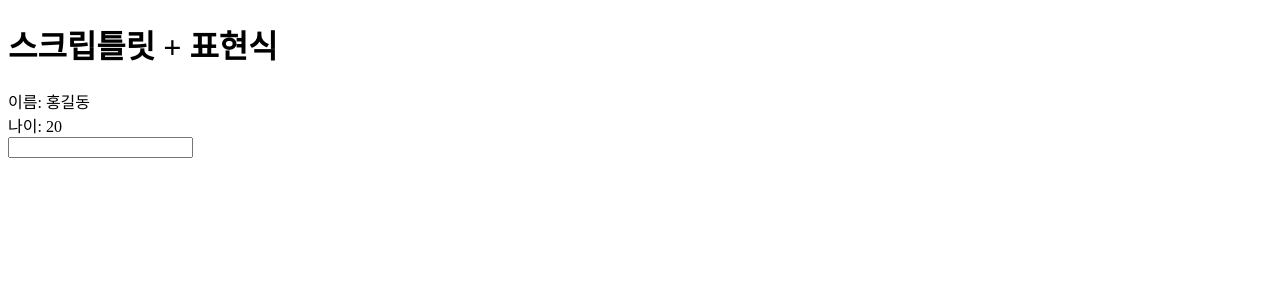
Repository: eeunha/server
Page: http://localhost/JSPTest/ex05.jsp
The author's editor kept a copy of each file at every save. The page is drawn from the files as they stood at one save, then again after the next save.
The browser window is 1280 px wide. The pictures show the whole page.
The page is served by Tomcat 9.

Above is the page before, as saved 2023-10-17 05:42:53.

### JSPTest/src/main/webapp/ex05.jsp
<%@ page language="java" contentType="text/html; charset=UTF-8"
    pageEncoding="UTF-8"%>
<%
	String name = "홍길동";
	int age = 20;
	String txt = "<input type='text'>";

	String color = "cornflowerblue";
%>
<!DOCTYPE html>
<html>
<head>
<meta charset="UTF-8">
<title>Insert title here</title>
</head>
<body>
	<!-- ex05.jsp -->
	<h1>스크립틀릿 + 표현식</h1>

	<div>이름: <%= name %></div>
	<div>나이: <%= age %></div>
	<div><%= txt %></div>
</body>
</html>

After the next save:
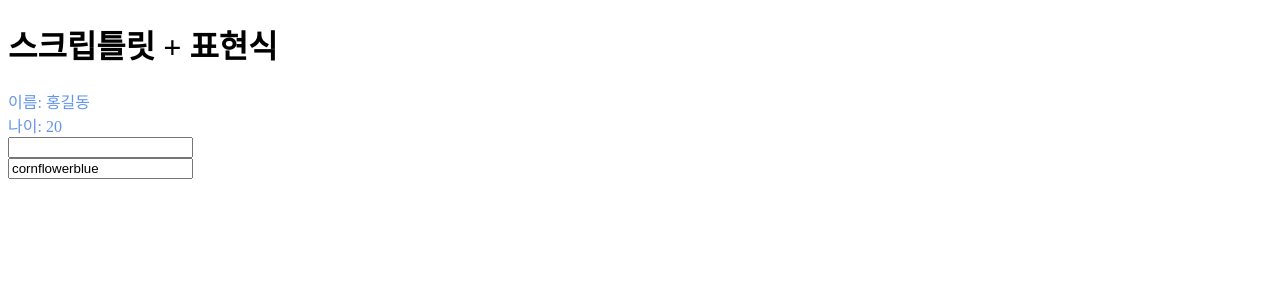
Saved 2 min 39 s later.
--- a/JSPTest/src/main/webapp/ex05.jsp
+++ b/JSPTest/src/main/webapp/ex05.jsp
@@ -12,6 +12,11 @@
 <head>
 <meta charset="UTF-8">
 <title>Insert title here</title>
+<style>
+	div {
+		color: <%= color %>;
+	}
+</style>
 </head>
 <body>
 	<!-- ex05.jsp -->
@@ -20,5 +25,6 @@
 	<div>이름: <%= name %></div>
 	<div>나이: <%= age %></div>
 	<div><%= txt %></div>
+	<div><input type="text" value="<%= color %>"></div>
 </body>
 </html>
